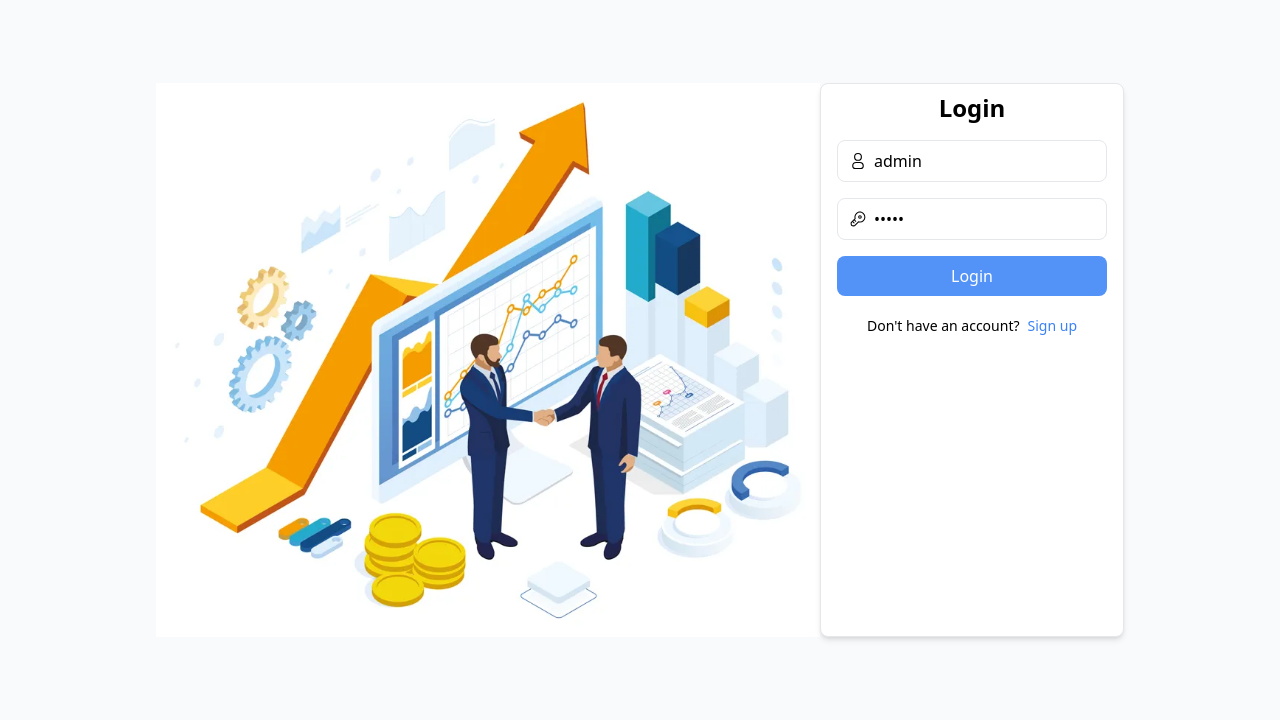
Repository: Fortivera/yourestate
Page: /
These files come from the project's save history. The page is drawn as it stood at one moment and after the next save; the edit follows.
The browser window is 1280 px wide. The pictures show the whole page.
The project was rebuilt for these pictures with package versions that can differ from the ones it lists, and the page was loaded fresh each time. The framework's server and built-in components were replaced by stand-ins that run in the browser. Also part of the build but not shown: next.config.js.

Above is the page before, as saved 2023-11-02 14:06:10.

### src/app/layout.tsx
import './globals.css'



export const metadata = {
  title: 'Home',
  description: "great explanation of something",
}

export default function RootLayout({ children }: { children: React.ReactNode }) {
  return (
    <html lang="en">
      <body>
        {children}
      </body>
    </html>
  );
}

### src/app/page.tsx
import Link from "next/link"
import Image from "next/image"
import SvgNewUser from "public/static/SvgNewUser"
import SvgPassword from "public/static/SvgPassword"

export default function Login() {
  return (
    <div className="min-h-screen bg-gray-50 flex items-center justify-center">
      <div className="flex justify-center w-full px-4 py-10 tablet:w-[540px] laptop:w-[1000px]">
        <div className="flex laptop:flex-row tablet:flex-col mobile:flex-col">
          <figure className="max-w-[800px]  ">
            <Image src="/static/growth.jpg" alt="login page picture" layout="responsive" width={500} height={700} className={""} />
          </figure>
          <div className="w-[400px] px-4 pb-8 pt-2 bg-white border rounded-lg shadow-md">
            <h1 className="text-2xl font-semibold text-center mb-4">Login</h1>

            <div className="mb-4 relative">
              <label className="text-sm" htmlFor="Name">
                <SvgNewUser width={18} height={18} className={"absolute left-3 top-3"} />
              </label>
              <input defaultValue="admin" id="Name" type="text" name="Name" placeholder="Username" autoComplete="given-name" required className="block w-full border rounded-lg py-2 pl-9 mt-1 focus:ring focus:ring-blue-300" />
            </div>

            <div className="mb-4 relative">
              <label className="text-sm" htmlFor="Password">
                <SvgPassword width={18} height={18} className={"absolute left-3 top-3"} />
              </label>
              <input defaultValue="admin" id="Password" type="password" name="Password" placeholder="Password" required className="block w-full border rounded-lg py-2 pl-9 mt-1 focus:ring focus:ring-blue-300" />
            </div>

            <button type="button" aria-label="Sign-in button" className="bg-[#5392f7] text-white rounded-lg w-full py-2 mb-4 hover:bg-[#3b83f6]">
              <Link href="/dashboard">Login</Link>
            </button>
            <div className="flex text-sm justify-center">
              <div className="p-1">Don't have an account?</div>
              <Link href="/user" className="text-blue-500 hover:underline p-1">
                Sign up
              </Link>
            </div>
          </div>
        </div>
      </div>
    </div>
  )
}

### src/app/globals.css

@import url('https://fonts.googleapis.com/css2?family=Lora:ital,wght@0,400;0,500;0,600;1,400;1,500;1,600&family=Montserrat:ital,wght@0,300;0,400;0,500;0,600;1,300;1,400;1,500;1,600&family=Poppins:ital,wght@0,300;0,400;0,500;0,600;0,700;0,800;0,900;1,300;1,400;1,500;1,600;1,700;1,800;1,900&family=Noto+Sans:ital,wght@0,300;0,400;0,500;0,600;0,700;0,800;0,900;1,300;1,400;1,500;1,600;1,700;1,800;1,900&display=swap');

@tailwind base;
@tailwind components;
@tailwind utilities;

.navbarDark{
  background-color:rgb(45 48 56 );
  color: #ddd;
}
.navbarLight {
  background-color: rgb(59 130 246 / 0.5);
  color: black;
}
.propertyListLight {
  background-color: rgb(249 250 251);
  color: black;
  border-color: rgb(229 231 235);
  }
.propertyListDark {
  background-color:rgb(45 48 56 / 0.95);
  color: #ddd;

}
.searchbarLight {
  background-color: rgb(248 250 252);
  color: black;

}
.searchbarDark {
  background-color:rgb(100 116 139 / 0.6);
  color: #ddd;
}
.propertyLight {
  background-color: rgb(249 250 251);
  color: black;

}
.propertyDark {
  background-color:rgb(45 48 56 / 0.95);
  color: #ddd;
}

### public/static/SvgNewUser.tsx
import * as React from "react"
import { SVGProps } from "react"
const SvgNewUser = (props: SVGProps<SVGSVGElement>) => (
  <svg
    xmlns="http://www.w3.org/2000/svg"
    width={800}
    height={800}
    fill="none"
    viewBox="0 0 24 24"
    {...props}
  >
    <g fill="#000" fillRule="evenodd" clipRule="evenodd">
      <path d="M12 2.75a3.75 3.75 0 1 0 0 7.5 3.75 3.75 0 0 0 0-7.5ZM6.75 6.5a5.25 5.25 0 1 1 10.5 0 5.25 5.25 0 0 1-10.5 0ZM4.25 18.571a5.321 5.321 0 0 1 5.321-5.321h4.858a5.321 5.321 0 0 1 5.321 5.321 4.179 4.179 0 0 1-4.179 4.179H8.43a4.179 4.179 0 0 1-4.179-4.179Zm5.321-3.821a3.821 3.821 0 0 0-3.821 3.821c0 1.48 1.2 2.679 2.679 2.679h7.142c1.48 0 2.679-1.2 2.679-2.679 0-2.11-1.71-3.821-3.821-3.821H9.57Z" />
    </g>
  </svg>
)
export default SvgNewUser

### public/static/SvgPassword.tsx
import * as React from "react"
import { SVGProps } from "react"
const SvgPassword = (props: SVGProps<SVGSVGElement>) => (
    <svg
        xmlns="http://www.w3.org/2000/svg"
        width={800}
        height={800}
        fill="none"
        viewBox="0 0 24 24"
        {...props}
    >
        <g fill="#000" fillRule="evenodd" clipRule="evenodd">
            <path d="M4.51 14.999a.689.689 0 0 1 .975 0l1.75 1.749a.689.689 0 0 1-.975.974l-1.75-1.75a.689.689 0 0 1 0-.973ZM6.698 12.812a.689.689 0 0 1 .974 0l1.749 1.75a.689.689 0 0 1-.974.974l-1.75-1.75a.689.689 0 0 1 0-.974Z" />
            <path d="M18.752 5.232c-2.32-2.313-6.075-2.312-8.386 0h-.001c-1.612 1.604-2.1 3.915-1.472 5.958.075.243.009.509-.172.69L3.74 16.86a.975.975 0 0 0-.184.341.912.912 0 0 0-.055.38l.001.006.262 1.901a.912.912 0 0 0 .262.474.857.857 0 0 0 .462.256l1.913.263c.08.012.223.003.385-.05a.838.838 0 0 0 .324-.177l.008-.007 4.995-4.986a.688.688 0 0 1 .692-.17c2.028.634 4.34.14 5.956-1.466a5.94 5.94 0 0 0-.009-8.393Zm-9.36-.975c2.85-2.85 7.475-2.848 10.332 0 2.86 2.849 2.86 7.493.01 10.342l-.001.002A7.316 7.316 0 0 1 12.8 16.52l-4.707 4.698a2.19 2.19 0 0 1-.883.523c-.309.1-.668.152-1.006.104h-.003L4.3 21.582c-.491-.069-.928-.326-1.25-.65a2.279 2.279 0 0 1-.649-1.24l-.001-.01-.262-1.902v-.003a2.26 2.26 0 0 1 .111-1.012c.102-.305.27-.625.505-.868l.007-.007 4.703-4.702c-.591-2.404.043-5.056 1.928-6.932Z" />
            <path d="M14.62 8.302a1.06 1.06 0 1 0 0 2.121 1.06 1.06 0 0 0 0-2.121Zm-2.438 1.06a2.438 2.438 0 1 1 4.876 0 2.438 2.438 0 0 1-4.877 0Z" />
        </g>
    </svg>
)
export default SvgPassword

### tailwind.config.js
/* eslint-disable prettier/prettier */
/** @type {import('tailwindcss').Config} */
module.exports = {
  content: [
    "./app/**/*.{js,ts,jsx,tsx}",
    "./pages/**/*.{js,ts,jsx,tsx}",
    "./components/**/*.{js,ts,jsx,tsx}",

    // Or if using `src` directory:
    "./src/**/*.{js,ts,jsx,tsx}",
  ],
  theme: {
    extend: {
      fontFamily: {
        Poppins: ["Poppins", "sans-serif"],
        Montserrat: ["Montserrat", "sans-serif"],
        Lora: ["Lora", "sans-serif"],
        Noto: ["Noto Sans", "sans-serif"],
      },
      screens: {
        'mobile': "320px",
        'tablet': "481px",
        'laptop': "769px",
       ' desktop': "1025px",
      },


    },
    plugins: [],
  },
}

After the next save:
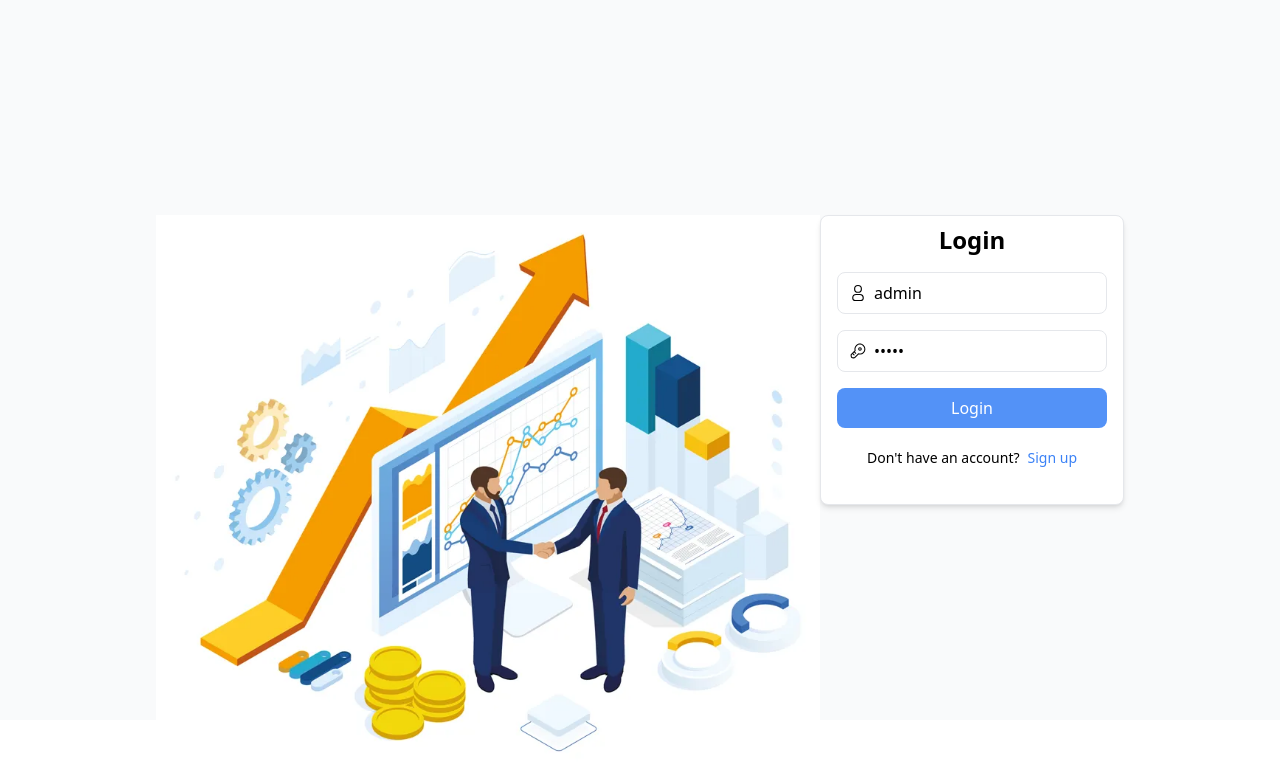
Saved 26 s later.
--- a/src/app/page.tsx
+++ b/src/app/page.tsx
@@ -8,7 +8,7 @@
     <div className="min-h-screen bg-gray-50 flex items-center justify-center">
       <div className="flex justify-center w-full px-4 py-10 tablet:w-[540px] laptop:w-[1000px]">
         <div className="flex laptop:flex-row tablet:flex-col mobile:flex-col">
-          <figure className="max-w-[800px]  ">
+          <figure className="max-h-[100px] max-w-[800px]  ">
             <Image src="/static/growth.jpg" alt="login page picture" layout="responsive" width={500} height={700} className={""} />
           </figure>
           <div className="w-[400px] px-4 pb-8 pt-2 bg-white border rounded-lg shadow-md">

After the save that followed:
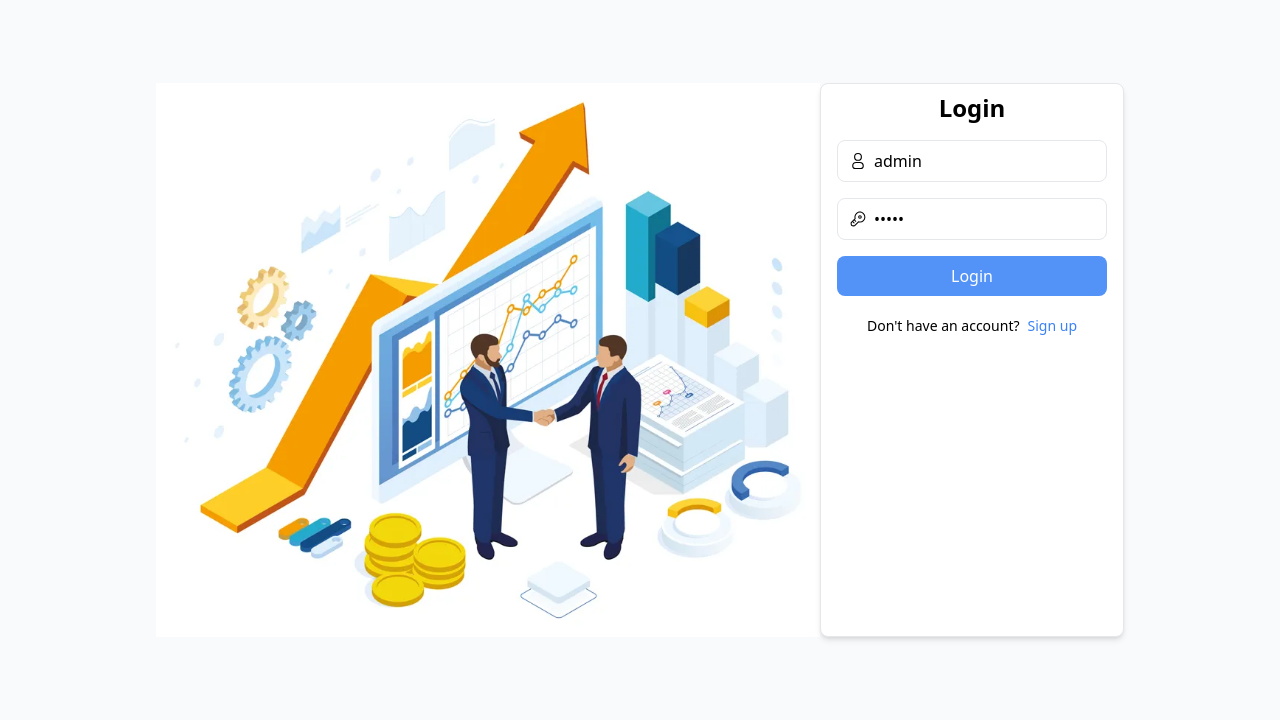
Saved 14 s later.
--- a/src/app/page.tsx
+++ b/src/app/page.tsx
@@ -8,7 +8,7 @@
     <div className="min-h-screen bg-gray-50 flex items-center justify-center">
       <div className="flex justify-center w-full px-4 py-10 tablet:w-[540px] laptop:w-[1000px]">
         <div className="flex laptop:flex-row tablet:flex-col mobile:flex-col">
-          <figure className="max-h-[100px] max-w-[800px]  ">
+          <figure className="max-h-[1000px] max-w-[800px]  ">
             <Image src="/static/growth.jpg" alt="login page picture" layout="responsive" width={500} height={700} className={""} />
           </figure>
           <div className="w-[400px] px-4 pb-8 pt-2 bg-white border rounded-lg shadow-md">
